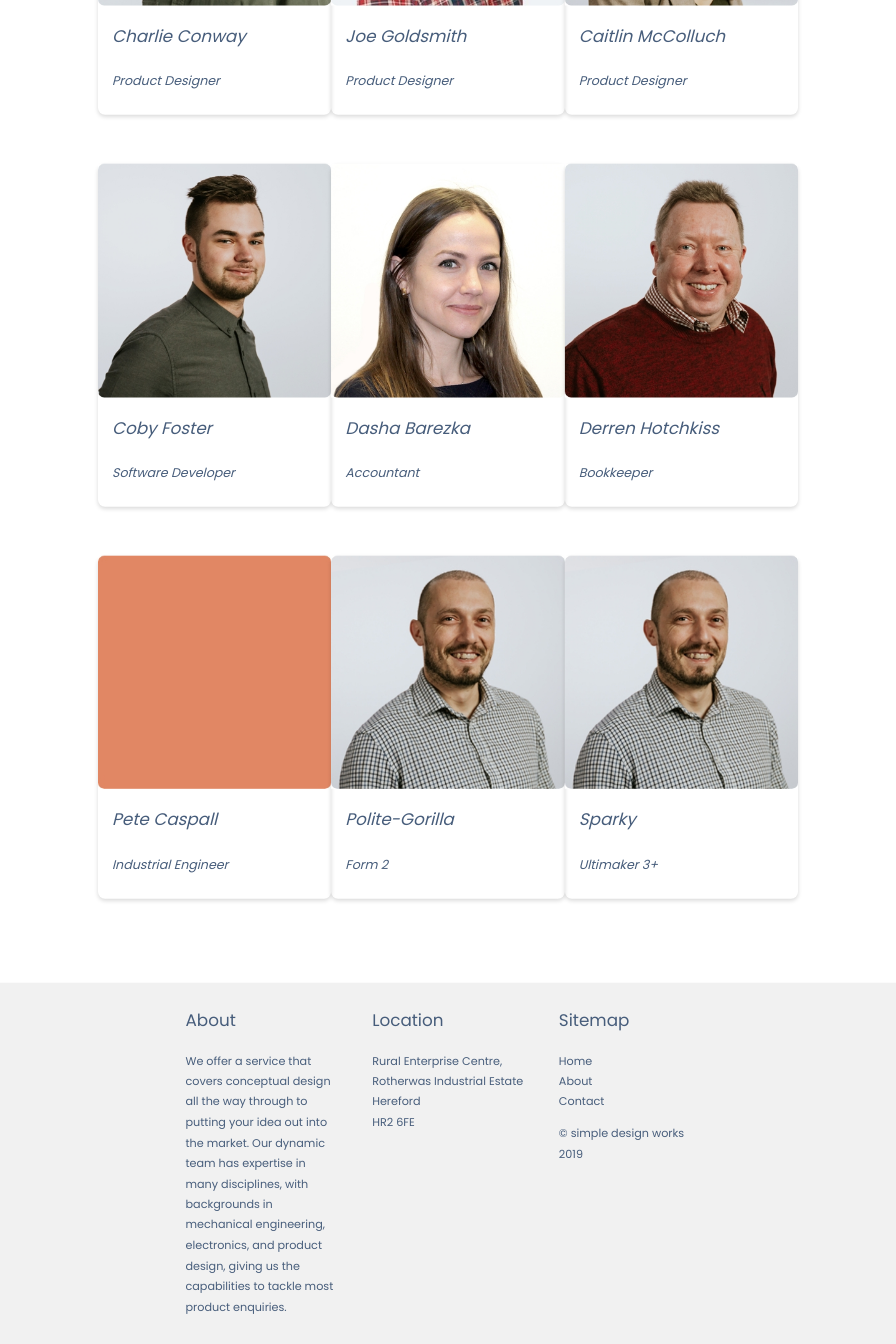
Repository: cobyfoster99/User-Centric-frontend-project
Page: about.html
The author's editor kept a record of every edit. The page is drawn from the files as they stood at one moment, then again after the next edit.
The browser window is 1280 px wide. The pictures show the part of the page from y = 2697 to 4617 px (the page is 4635 px tall), at 70% of full size.
Some web libraries are served in a nearby version.

Above is the page before.

### about.html
<!DOCTYPE html>
<html lang="en">

<head>
    <meta charset="UTF-8">
    <meta name="viewport" content="width=device-width, initial-scale=1.0, max-scale=1.0">
    <meta http-equiv="X-UA-Compatible" content="ie=edge">
    <link rel="stylesheet" href="assets/css/style.css" type="text/css" />
    <link rel="stylesheet" href="https://stackpath.bootstrapcdn.com/font-awesome/4.7.0/css/font-awesome.min.css" type="text/css" />
    <script src="https://kit.fontawesome.com/78b1021543.js"></script>
    <link rel="stylesheet" href="https://stackpath.bootstrapcdn.com/bootstrap/4.3.1/css/bootstrap.min.css" integrity="sha384-ggOyR0iXCbMQv3Xipma34MD+dH/1fQ784/j6cY/iJTQUOhcWr7x9JvoRxT2MZw1T" crossorigin="anonymous">
    <title>Simple Design Works | Product Design Agency</title>
</head>

<body>

    <header>
        <nav class="navbar navbar-expand-md">
            <img class="logo img-responsive" src="./assets/media-library/logo.png"></img>
            <button class="navbar-toggler navbar-light" type="button" data-toggle="collapse" data-target="#collapsibleNavbar">
    <span class="navbar-toggler-icon"></span>
  </button>
            <div class="collapse navbar-collapse nav-center" id="collapsibleNavbar">
                <ul class="navbar-nav">
                    <li class="nav-item">
                        <a class="nav-link" href="#">Home</a>
                    </li>
                    <li class="nav-item">
                        <a class="nav-link nav-active" href="#">About</a>
                    </li>
                    <li class="nav-item">
                        <a class="nav-link" href="#">Contact</a>
                    </li>
                </ul>
            </div>
        </nav>
    </header>

    <section>

        <!--------------------- Global Banner Image--------------------->
        <div class="container-fluid">
            <div class="row banner-image-container no-gutters">
                <img class="banner-image" src="assets/media-library/Team banner.jpg"></img>
            </div>
        </div>


        <!--------------------- About Page About --------------------->
        <div class="container-about">
            <div class="about-section">
                <h3 class="about-h3 aligned-border">Meet The Team</h3>
                <p class="aligned-border about-p">We offer a service that covers conceptual design all the way through to putting your idea out into the market. Our dynamic team has expertise in many disciplines, with backgrounds in mechanical engineering, electronics, and product design,
                    giving us the capabilities to tackle most product enquiries.

                </p>
            </div>
        </div>

        <!--------------------- About Page Teem --------------------->
        <div class="container-fluid">
            <div class="meet-the-team">
                <div class="meet-the-team-box">
                    <img class="meet-the-team-img" src="./assets/media-library/Kristo.jpg"></img>
                    <h4 class="meet-the-team-h4">Kristo Shivachev</h4>
                    <h5 class="meet-the-team-h5">Managing Director</h5>
                </div>

                <div class="meet-the-team-box">
                    <img class="meet-the-team-img" src="./assets/media-library/Richard.jpg"></img>
                    <h4 class="meet-the-team-h4">Richard Sutherland</h4>
                    <h5 class="meet-the-team-h5">Design Dirctor</h5>
                </div>

                <div class="meet-the-team-box">
                    <img class="meet-the-team-img" src="./assets/media-library/Ruth.jpg"></img>
                    <h4 class="meet-the-team-h4">Ruth Parry</h4>
                    <h5 class="meet-the-team-h5">Head of Marketing</h5>
                </div>



                <div class="meet-the-team-box">
                    <img class="meet-the-team-img" src="./assets/media-library/Dummy.jpg"></img>
                    <h4 class="meet-the-team-h4">Julie Tyler</h4>
                    <h5 class="meet-the-team-h5">Office Manager</h5>
                </div>

                <div class="meet-the-team-box">
                    <img class="meet-the-team-img" src="./assets/media-library/Barker1.jpg"></img>
                    <h4 class="meet-the-team-h4">Tracy Arch</h4>
                    <h5 class="meet-the-team-h5">Trade Mark Attorney</h5>
                </div>

                <div class="meet-the-team-box">
                    <img class="meet-the-team-img" src="./assets/media-library/Barker2.jpg"></img>
                    <h4 class="meet-the-team-h4">Neil Kilpatrick</h4>
                    <h5 class="meet-the-team-h5">Patent Attorney</h5>
                </div>

                <div class="meet-the-team-box">
                    <img class="meet-the-team-img" src="./assets/media-library/charlie.jpg"></img>
                    <h4 class="meet-the-team-h4">Charlie Conway</h4>
                    <h5 class="meet-the-team-h5">Product Designer</h5>
                </div>

                <div class="meet-the-team-box">
                    <img class="meet-the-team-img" src="./assets/media-library/Joe.jpg"></img>
                    <h4 class="meet-the-team-h4">Joe Goldsmith</h4>
                    <h5 class="meet-the-team-h5">Product Designer</h5>
                </div>
                <div class="meet-the-team-box">
                    <img class="meet-the-team-img" src="./assets/media-library/caitlin.jpg"></img>
                    <h4 class="meet-the-team-h4">Caitlin McColluch</h4>
                    <h5 class="meet-the-team-h5">Product Designer</h5>
                </div>

                <div class="meet-the-team-box">
                    <img class="meet-the-team-img" src="./assets/media-library/Coby.jpg"></img>
                    <h4 class="meet-the-team-h4">Coby Foster</h4>
                    <h5 class="meet-the-team-h5">Software Developer</h5>
                </div>

                <div class="meet-the-team-box">
                    <img class="meet-the-team-img" src="./assets/media-library/Dasha.jpg"></img>
                    <h4 class="meet-the-team-h4">Dasha Barezka</h4>
                    <h5 class="meet-the-team-h5">Accountant</h5>
                </div>

                <div class="meet-the-team-box">
                    <img class="meet-the-team-img" src="./assets/media-library/Derren.jpg"></img>
                    <h4 class="meet-the-team-h4">Derren Hotchkiss</h4>
                    <h5 class="meet-the-team-h5">Bookkeeper</h5>
                </div>



                <div class="meet-the-team-box">
                    <img class="meet-the-team-img" src="./assets/media-library/Dummy.jpg"></img>
                    <h4 class="meet-the-team-h4">Pete Caspall</h4>
                    <h5 class="meet-the-team-h5">Industrial Engineer</h5>
                </div>

                <div class="meet-the-team-box">
                    <img class="meet-the-team-img" src="./assets/media-library/Kristo.jpg"></img>
                    <h4 class="meet-the-team-h4">Polite-Gorilla</h4>
                    <h5 class="meet-the-team-h5">Form 2</h5>
                </div>

                <div class="meet-the-team-box">
                    <img class="meet-the-team-img" src="./assets/media-library/Kristo.jpg"></img>
                    <h4 class="meet-the-team-h4">Sparky
                        <h4>
                            <h5 class="meet-the-team-h5">Ultimaker 3+</h5>
                </div>

            </div>
        </div>
        <div class="padding-100"></div>
    </section>

    <footer>
        <div class="container-fluid">
            <div class="row no-gutters footer-about">
                <div class="col-sm footer-section">
                    <h2 class="footer-h2">About</h2>
                    <p class="footer-p">We offer a service that covers conceptual design all the way through to putting your idea out into the market. Our dynamic team has expertise in many disciplines, with backgrounds in mechanical engineering, electronics, and product
                        design, giving us the capabilities to tackle most product enquiries.
                    </p>
                </div>
                <div class="col-sm footer-section footer-location">
                    <h2 class="footer-h2">Location</h2>
                    <p class="footer-p">Rural Enterprise Centre,<br> Rotherwas Industrial Estate<br> Hereford
                        <br> HR2 6FE<br>
                    </p>
                </div>
                <div class="col-sm footer-section footer-sitemap">
                    <h2 class="footer-h2">Sitemap</h2>
                    <p class="footer-p"><a class="footer-links" href="/home">Home</a> <br> <a class="footer-links" href="/about">About</a> <br> <a class="footer-links" href="/contact">Contact</a> <br>
                        <p class="footer-p">© simple design works 2019</p>
                    </p>
                </div>


            </div>
        </div>
    </footer>

</body>

</html>

### assets/css/style.css
/* ------------------------------------------- Typography */

@import url('https://fonts.googleapis.com/css?family=Poppins:400,600,700&display=swap');

h1,
h2,
h3,
h4,
h5,
p,
span {
    font-family: "poppins", sans-serif;
    color: #475D7B;
}



/* -------------------------------------------- Header */

header {
    background-color: #fffff;
    padding-top: 20px;
    padding-bottom: 20px;
}

.logo {
    display: inline-block;
    max-width: 70%;
    height: auto;
    transition: all .5s ease-in-out;
    -moz-transition: all .5s ease-in-out;
    -webkit-transition: all .5s ease-in-out;
}

@media only screen and (max-width: 1920px) and (min-width: 1220px) {
    .nav-center {
        margin-left: 220px;
        margin-right: auto;
    }
}

@media only screen and (max-width: 1920px) and (min-width: 1220px) {
    nav {
        width: 80%;
        margin-left: auto;
        margin-right: auto;
    }
}

.navbar-light .navbar-nav .nav-link {
    color: #475D7B;
}

.nav-link {
    font-size: 18px;
    text-align: center;
    text-decoration: none;
    color: #475D7B;
    font-weight: 600;
    transition: all .5s ease-in-out;
    -moz-transition: all .5s ease-in-out;
    -webkit-transition: all .5s ease-in-out;
}

.nav-item {
    padding-left: 30px;
}

.nav-link:hover {
    color: #E18763;
}

.nav-active {
    color: #E18763;
}

/* -------------------------------------------- Media Queries - Header */

@media only screen and (max-width: 1440px) and (min-width: 768px) {
    .menuitem {
        padding-bottom: 10px;
    }
}




/* -------------------------------------------- Banner Image Global */

.banner-image {
    display: block;
    margin-left: auto;
    margin-right: auto;
    padding-left: 10px;
    max-width: 100%;
    height: auto;
}

/* -------------------------------------------- SDW Catchphrase Global */

.catchphrase {
    display: block;
    text-align: center;
    margin-left: auto;
    margin-right: auto;
    padding-top: 75px;
}

.header-h3 {
    text-align: center;
    display: inline-block;
    padding-left: 10px;
}

/* -------------------------------------------- Home-page About */

.about-section {
    display: block;
    box-shadow: 0px 3px 6px rgba(0, 0, 0, 0.15);
    border-radius: 25px;
    margin-bottom: 50px;
    margin-top: 100px;
}

.aligned-border {
    padding: 20px;
}

.about-h3 {
    padding-top: 75px;
    line-height: 35pt;
    letter-spacing: 1.5px;
}

.about-p {
    padding-top: 20px;
    padding-bottom: 75px;
    line-height: 35pt;
    letter-spacing: 1.5px;
    font-size: 20px;
}

.container-about {
    margin-left: auto;
    margin-right: auto;
    width: 80%;
}


/* -------------------------------------------- Media Queries - Home-page-about */

@media only screen and (max-width: 1920px) and (min-width: 1200px) {
    .container-about {
        margin-right: 0;
        margin-left: 10%;
        width: 90%;
    }
}

@media only screen and (max-width: 1920px) and (min-width: 1200px) {
    .about-section {
        border-radius: 25px 0px 0px 25px;
    }
}


@media only screen and (max-width: 1920px) and (min-width: 1200px) {
    .about-p,
    .about-h3 {

        padding-left: 80px;

    }
}

@media only screen and (max-width: 1220px) and (min-width: 320px) {
    .about-p,
    .about-h3 {

        line-height: normal;
        letter-spacing: normal;
        text-align: center;

    }
}

@media only screen and (max-width: 1220px) and (min-width: 320px) {
    .about-p {
        padding-bottom: 50px;
        padding-top: 0px;
        font-size: 16px;
    }
}

@media only screen and (max-width: 1220px) and (min-width: 320px) {
    .about-h3 {
        padding-top: 50px;
    }
}



/* -------------------------------------------- Media Queries - Catchphrase Global */

@media only screen and (max-width: 1920px) and (min-width: 768px) {
    .header-h3 {
        padding-left: 75px;
        padding-right: 75px;
    }
}






/* -------------------------------------------- Footer */

footer {
    background-color: #f1f1f1;
    padding-top: 20px;
    padding-bottom: 20px;
}

.footer-section {
    text-align: left;
    padding-top: 20px;
    padding-bottom: 20px;
}


.footer-h2 {
    padding-bottom: 20px;
    font-size: 24px;
    text-align: left;
}

.footer-p {
    font-size: 16px;
    line-height: 22pt;
    text-align: left;
}

.footer-links {
    text-decoration: none;
    color: #475D7B;
}

.footer-links:hover {
    text-decoration: none;
    color: #475D7B;
}

/* -------------------------------------------- Media Queries - Footer */

@media only screen and (max-width: 1920px) and (min-width: 1220px) {
    .footer-location {
        margin-left: 180px;
    }
}

@media only screen and (max-width: 1920px) and (min-width: 1220px) {
    footer {
        padding-left: 250px;
        padding-right: 250px;
    }
}

@media only screen and (max-width: 1200px) and (min-width: 768px) {
    footer {
        padding-left: 50px;
        padding-right: 0px;
    }
}

@media only screen and (max-width: 1440px) and (min-width: 768px) {
    .footer-sitemap,
    .footer-location {
        margin-left: 50px;
        padding-right: 0px;
    }
}

@media only screen and (max-width: 1200px) and (min-width: 386px) {
    .footer-p {
        font-size: 14px;
    }
}





/* -------------------------------------------- Portfolio Section - Homepage*/

.container-porfolio {
    margin-left: auto;
    margin-right: auto;
    width: 80%;
    padding-top: 100px;
    padding-bottom: 100px;
}

.portfolio-title {
    padding-left: 80px;
    padding-bottom: 50px;
}

@media only screen and (max-width: 1200px) and (min-width: 300px) {
    .portfolio-title {
        padding-left: 0px;
        text-align: center;
        padding-bottom: 20px;
    }
}

.skp-image {
    transition: all .5s ease-in-out;
    -moz-transition: all .5s ease-in-out;
    -webkit-transition: all .5s ease-in-out;
    display: inline-block;
}


@media only screen and (max-width: 1200px) and (min-width: 300px) {
    .container-portfolio {
        width: 100%;
        margin: 0;
    }
}

.folio-image {
    max-width: 100%;
    width: auto;
    min-height: auto;
    vertical-align: top;
    margin-right: auto;
    margin-left: auto;
    padding-top: 25px;
}

.folio-image-right {
    vertical-align: top;
    float: left;
    text-align: right;
}

.portfolio-skp {
    margin-left: auto;
    margin-right: auto;
}

@media only screen and (max-width: 1920px) and (min-width: 1200px) {
    .portfolio-item-large {
        margin: 0;
    }
}

.padded-image {
    padding-bottom: 0px;
}

@media only screen and (max-width: 1920px) and (min-width: 1200px) {
    .left-Featured {
        text-align: left;
        padding-left: 80px;
    }

}

.left-Featured {
    padding-bottom: 50px;
}


/* -------------------------------------------- Contact Section - Homepage*/

.container-contact {
    margin-left: auto;
    margin-right: auto;
    width: 80%;
    padding-bottom: 100px;
}

.full-name {
    margin-top: 20px;
    width: 100%;
    height: 50px;
    box-shadow: 0px 3px 6px rgba(0, 0, 0, 0.15);
    border-radius: 10px;
    border: none;
    font-family: "poppins", sans-serif;
    font-size: 16px;
}

::-webkit-input-placeholder {
    color: #475D7B;
    padding-left: 20px;
}


.dicuss-idea {
    margin-top: 20px;
    width: 100%;
    box-shadow: 0px 3px 6px rgba(0, 0, 0, 0.15);
    border-radius: 10px;
    border: none;
    font-family: "poppins", sans-serif;
    font-size: 16px;
}

.submit-button {
    width: 30%;
    margin-top: 20px;
    margin-left: 0;
    height: 50px;
    border-radius: 10px;
    border: none;
    font-family: "poppins", sans-serif;
    font-size: 16px;

}

/* -------------------------------------------- Meet the Team - About Page*/

.meet-the-team {
    width: 80%;
    margin-left: auto;
    margin-right: auto;
    display: flex;
    flex-wrap: wrap;
}

.meet-the-team-box {
    margin-top: 50px;
    box-shadow: 0px 3px 6px rgba(0, 0, 0, 0.15);
    border-radius: 10px;
    margin-bottom: 20px;
}


.meet-the-team-img {
    max-width: 100%;
    height: auto;

}

@media only screen and (max-width: 1920px) and (min-width: 1200px) {
    .meet-the-team-box {
        max-width: 33.33%;
        margin-left: auto;
        margin-right: auto;
    }
}

@media only screen and (max-width: 1200px) and (min-width: 768px) {
    .meet-the-team-box {
        max-width: 45%;
        margin-left: 10px;
        margin-right: 10px;
    }
}

.meet-the-team-h4 {
    padding: 30px 0px 0px 20px;
    font-style: italic;
}

.meet-the-team-h5 {
    padding: 30px 30px 30px 20px;
    font-style: italic;
    font-size: 18px;
}

.bottom-box-row {
    padding-bottom: 50px;
}

.padding-100 {
    padding-top: 100px;
}

After the next edit:
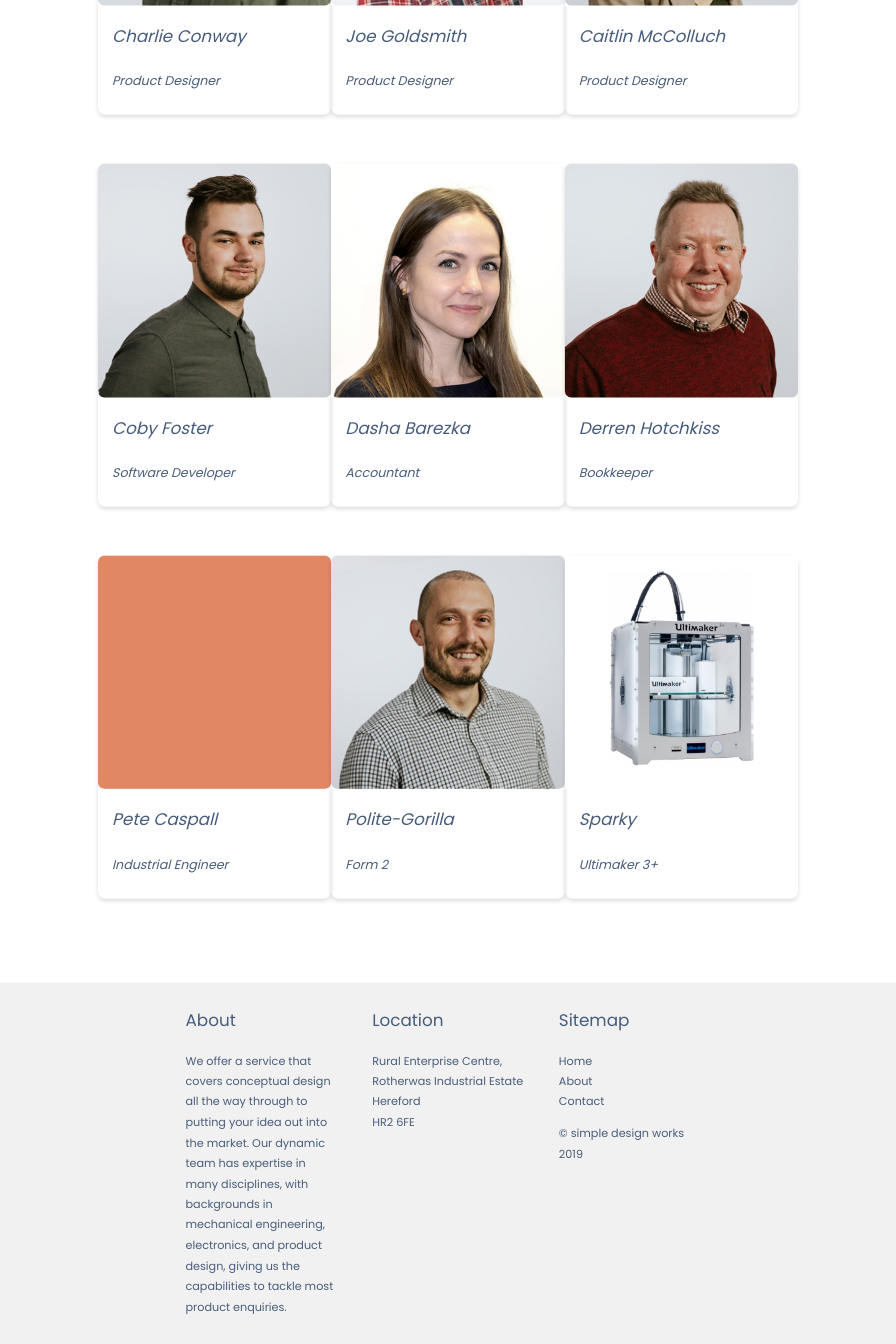
The edit:
--- a/about.html
+++ b/about.html
@@ -148,7 +148,7 @@
                 </div>
 
                 <div class="meet-the-team-box">
-                    <img class="meet-the-team-img" src="./assets/media-library/Kristo.jpg"></img>
+                    <img class="meet-the-team-img" src="./assets/media-library/ultimaker.jpg"></img>
                     <h4 class="meet-the-team-h4">Sparky
                         <h4>
                             <h5 class="meet-the-team-h5">Ultimaker 3+</h5>
